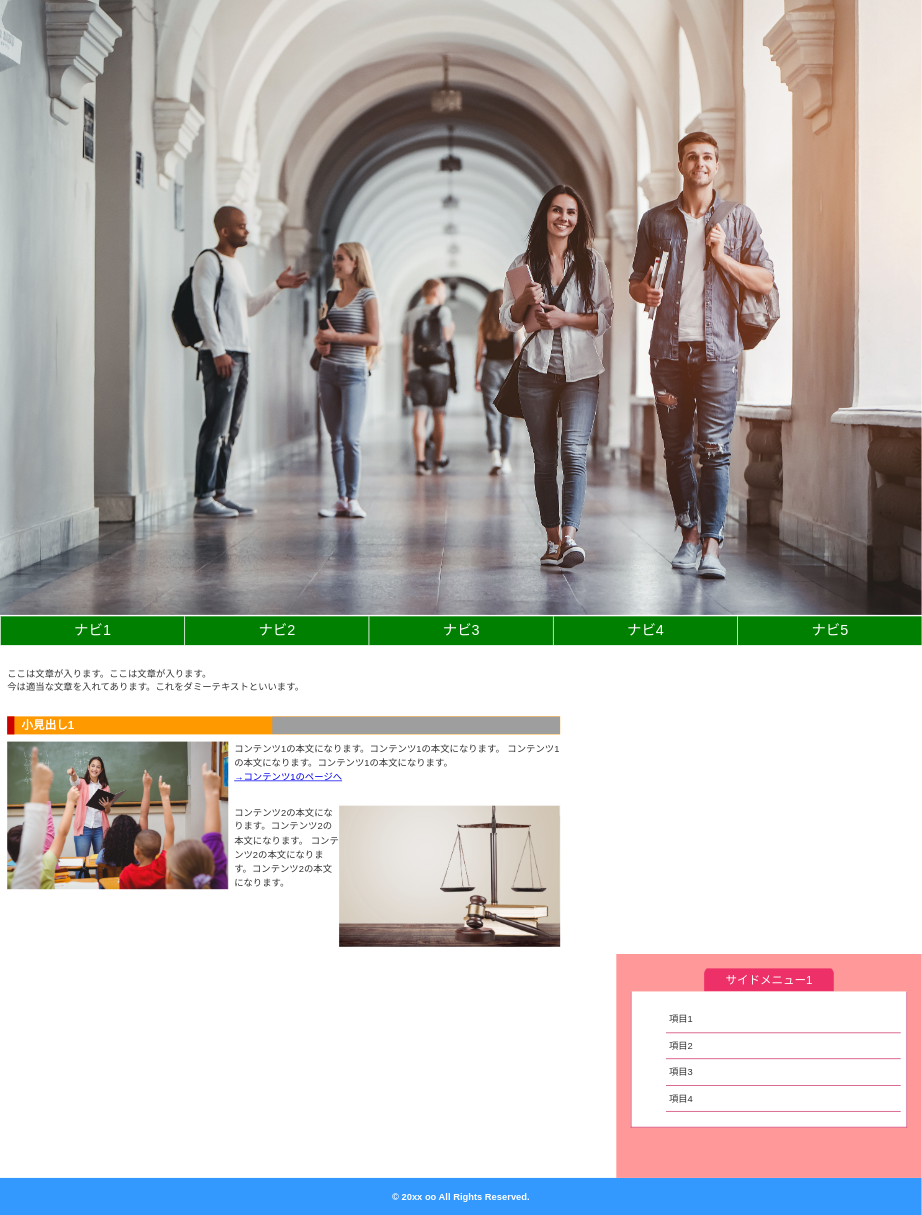
Repository: ootsukam/samurai_HTML-CSS
Page: home.html
The author's editor kept a record of every edit. The page is drawn from the files as they stood at one moment, then again after the next edit.
The browser window is 1280 px wide. The pictures show the whole page, at 72% of full size.
Pictures or frames that could not be fetched are drawn as grey boxes.

Above is the page before.

After the next edit:
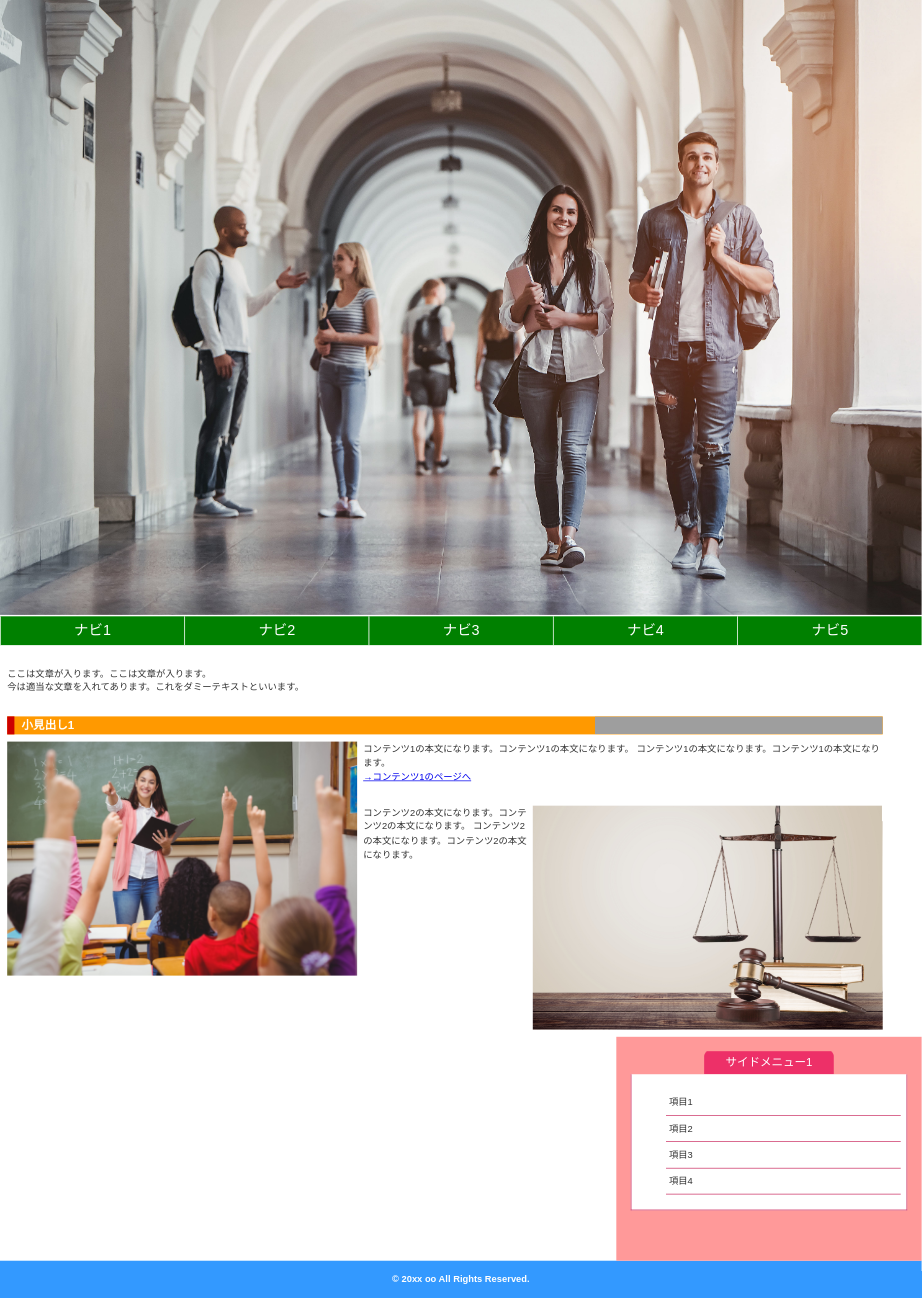
The edit:
--- a/stylesheet.css
+++ b/stylesheet.css
@@ -88,7 +88,7 @@
 /* ----------main ----------*/
 #main {
     float: left;
-    width: 60%;
+    width: 95%;
     padding: 10px 30px 10px 10px;
 }
 #main h2 {
